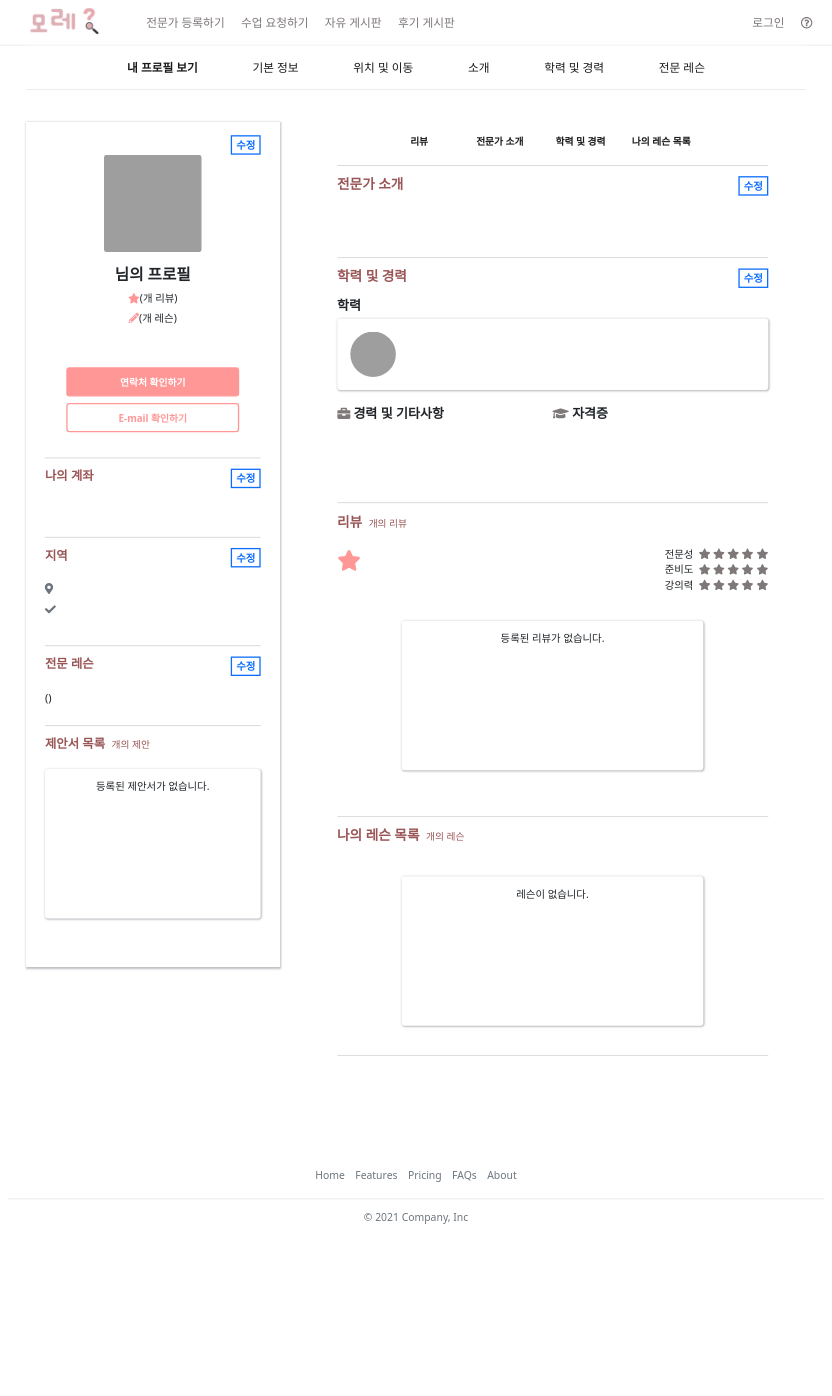
Repository: isssson/MVC2_more
Page: http://localhost/more/WEB-INF/views/expert/expertProfile.jsp
These files come from the project's save history. The page is drawn as it stood at one moment and after the next save; the edit follows.
The browser window is 1280 px wide. The pictures show the whole page, at 65% of full size.
Pictures or frames that could not be fetched are drawn as grey boxes. Some web libraries are served in a nearby version. The page is served by Tomcat 9. Nobody is signed in. Other server files are loaded and not shown. The template is opened directly, without the code that normally fills it, so the values that code supplies are empty.

Above is the page before, as saved 2021-12-11 09:29:28.
Console error: ReferenceError: kakao is not defined

### more/src/main/webapp/resources/css/expert/expertProfile.css
@charset "UTF-8";

ul {
	list-style: none;
}

hr {
	box-shadow: 1px #bdbfc4;
}

h3 {
	color: #9a5656;
	font-weight: 900;
}
R
a:link {
	color: black;
	text-decoration: none;
}

a:visit {
	color: black;
	text-decoration: none;
}

h5 {
	font-weight: bold;
}

h2{
	color:#9a5656;
	font-weight: bold;
	margin: 20px auto;
    text-align: center;
}
h2 span{
	font-size:25px;
	color: #8c8280;
}
button{
	color: #0d6efd;
    background-color: white;
    border: 2px solid #0d6efd;
    border-radius: 20px;
    font-weight: bold;
}

#expertNav {
	width: 1200px;
	margin: 0 auto;
	padding-top: 20px;
	padding-bottom: 20px;
	text-align: center;
	background-color: #fff;
	border-bottom: 1px solid #e2e2e2;
}

#expertNav span {
	font-size: 18px;
	padding-right: 40px;
	padding-left: 40px;
}

.expertMain {
	width: 1200px;
	height: 1600px;
	margin: 10px auto;
	display: flex;
}
/* ----------   ---------------leftMenu */
.expertMain .leftMain {
	width: 400px;
	height: 1300px;
	margin-right: 30px;
	margin-top: 40px;
	box-shadow: 1px 1px 3px 1px #bdbfc4;
}

.leftMain .leftMenu {
	width: 85%;
	height: 90%;
	margin: 20px auto;
}

.modify {
	width: 100%;
	height: 30px;
	text-align: right;
}

.profile {
	width: 100%;
	height: 450px;
	text-align: center;
}

.profile img {
	width: 150px;
	height: 150px;
	border-radius: 5px;
	object-fit: cover;
}

.profile div {
	margin-bottom: 20px;
}

.profile h4 {
	font-size: 24px;
	font-weight:bold;
	margin-bottom: 10px;
	margin-top: 20px;
}

.profile .name {
	height: 10px;
}

.profile .name svg {
	color: #ff9797;
}

#telBt {
	width: 80%;
	height: 45px;
	font-size: 15px;
	font-weight:bold;
	text-align: center;
	margin: 10px auto;
	padding-top: 10px;
	border-radius: 5px;
	color: white;
	border: 2px solid #ff9797;
	background-color: #ff9797;
	cursor: pointer;
}

#emailBt {
	width: 80%;
	height: 45px;
	font-size: 15px;
	font-weight:bold;
	text-align: center;
	margin: 0 auto;
	padding-top: 10px;
	border-radius: 5px;
	color: #ff9797;
	border: 2px solid #ff9797;
	background-color: white;
	cursor: pointer;
}
#requestBt{
	width: 80%;
	height: 70px;
	font-size: 23px;
	font-weight:bold;
	text-align: center;
	margin: 0 auto;
	padding: 20px;
    background-color: #0d6efd;
	border-radius: 5px;
	cursor: pointer;
}
#requestBt a{
	color:white;
}
.profileContainer {
	width: 100%;
	height: 110px;
}
.profileItem {
	width: 100%;
	height: 25px;
	margin-top: 15px;
	margin-bottom: 25px;
	display: flex;
	justify-content: space-between;
}

.profileContainer h3 {
	width: 190px;
	height: 35px;
	font-size: 19px;
	font-weight: bold;
	margin-top: 0px;
}

.location {
	width: 100%;
	height: 70px;
}

.location div {
	font-size: 17px;
}

.suggestContent{
	width: 100%;
    height: 230px;
    margin: 20px auto;
    border-radius: 5px;
    box-shadow: 1px 1px 3px 1px #bdbfc4;
    position:relative;
}
/* -------------------------rightMenu */
.expertMain .rightMain {
	width: 800px;
	height: 2000px;
}

.rightMain .rightMenu {
	width: 85%;
	height: 90%;
	margin: 40px auto;
}

.rightMain h3 {
	width: 250px;
	height: 35px;
	font-size: 21px;
	font-weight: bold;
	margin-top: 0px;
}

.rightMenu .compleContainer1 {
	width: 100%;
	height: 300px;
	border-radius: 5px;
	box-shadow: 1px 1px 3px 1px #bdbfc4;
}

.compleItems {
	padding: 20px;
}

.compleItem {
	width: 100%;
	height: 70px;
	display: flex;
	justify-content: space-between;
}

.compleItem button, .compleItem2 button {
	width: 80px;
	height: 35px;
	margin-top: 13px;
}

.compleItems div {
	margin-top: 20px;
	text-align: center;
}

.rightMenu .compleContainer2 {
	width: 100%;
	height: 100px;
	margin-top: 40px;
	border-radius: 5px;
	box-shadow: 1px 1px 3px 1px #bdbfc4;
}

.compleItems2 {
	padding: 20px;
}

.compleItem2 {
	width: 100%;
	height: 50px;
	display: flex;
	justify-content: space-between;
}
/* -------------------right 아래 */
.rightContainer {
	width: 100%;
	height: 90%;
	margin-top: 40px;
}

.rightContainer .rightMenubar {
	width: 80%;
	height: 50px;
	margin: 0px auto;
}

.rightMenubar span {
	display: inline-block;
	width: 120px;
	text-align: center;
	line-height: 58px;
	font-size: 15px;
	font-weight: bold;
}

.reviewContainer {
	width: 100%;
}
.reviewContainer1 {
	width: 100%;
	height: 450px;
}

.reviewItem {
	width: 100%;
	height: 30px;
	margin-top: 15px;
	margin-bottom: 15px;
	display: flex;
	justify-content: space-between;
}

.reviewContent1 {
	margin-top: 20px;
	display: flex;
	justify-content: space-between;
}

.reviewContent1 .leftStar {
	width: 33.3%;
	height: 70px;
}

.reviewContent1 .leftStar svg {
	color: #ff9797;
}

.reviewContent1 .rightStar {
	width: 66.6%;
	height: 70px;
	text-align: right;
	display: flex;
	flex-direction: column;
	align-items: flex-end;
}

.rightStar ul {
	margin-top: 0;
	margin-bottom: 0;
}

.rightStar li {
	float: left;
	padding-left: 8px;
}

.reviewContent2 {
	width: 70%;
	height: 230px;
	margin: 45px auto;
	border-radius: 5px;
	box-shadow: 1px 1px 3px 1px #bdbfc4;
	position:relative;
}

.reviewList {
	margin-top: 25px;
	padding: 15px;
	text-align: center;
}
table{
	width:100%;
	margin: 0 auto;
}
th{
	font-size:19px;
	width:80px;
}
.tableList{
	cursor: pointer;
}

.tableList:hover{
	color:#ff9797;
}
.specContainer {
	width: 100%;

}

.specContainer h4 {
	margin-bottom: 8px;
}

.careerItems{
	display:flex;
	justify-content:space-between;
}
.careerItem{
	width:50%;
}
.rightMenu .compleContainer3 {
	width: 100%;
	margin-top: 0;
	height: 110px;
	border-radius: 5px;
	box-shadow: 1px 1px 3px 1px #bdbfc4;
}

.specContainer img, #modal_profile img {
	width: 70px;
	height: 70px;
	float: left;
	margin-right:10px;
	border-radius: 100%;
	object-fit: cover;
}

.listContainer{
	width: 100%;
	margin-top: 0;
	height: 200px;
	border-radius: 5px;
	box-shadow: 1px 1px 3px 1px #bdbfc4;
}

.univUl {
	margin-top: 5px;
	padding-left: 90px;
}

.ul {
	margin-top: 7px;
	padding-left: 0;
}

.univUl :nth-child(1), .ul :nth-child(1) {
	font-weight: bold;
}

.spec {
	margin-top: 25px;
	margin-bottom: 60px;
	display: flex;
	justify-content: space-between;
}
.page{
	 text-align:center;
	 position: absolute;
	 left: 50%;
	 bottom: 10px;
	 transform: translateX(-50%);
}
/*-------------------------------------modal*/
#modal_tel, #modal_email {
	position: fixed;
	top: 0;
	left: 0;
	width: 100%;
	height: 100%;
	display: none;
	background-color: rgba(0, 0, 0, 0.4);
	cursor: pointer;
}

.modal_body {
	position: absolute;
	top: 50%;
	left: 50%;
	width: 500px;
	height: 200px;
	text-align: center;
	background-color: rgb(255, 255, 255);
	border-radius: 10px;
	box-shadow: 0 2px 3px 0 rgba(34, 36, 38, 0.15);
	transform: translateX(-50%) translateY(-50%);
	cursor:default;
}

.modal_body .modal_title{
	width: 100%;
    height: 45px;
    font-size: 17px;
    font-weight: bold;
    color:#9a5656;
    padding: 10px;
    border-bottom: 1px solid rgba(34, 36, 38, 0.15);
}
.modal_body .modal_content{
	width: 100%;
    height: 80%;
    font-size: 21px;
    padding: 50px;
    letter-spacing: 8px;
    font-weight: bold;
}
/*-------------------------------------modal*/
.modalContainer{
	position: fixed;
	background: rgba(0,0,0,0.8);
	left:0; right:0; top:0; bottom:0;
	display:flex;
	justify-content: center;
	align-items: center;
}
.modali{
	width:500px;
	height:860px;
	background-color: white;
    border-radius: 10px;
    position: relative;
}
.reviewDel{
	position: absolute;
	left:75%;
	top:10%;
}
.reviewDel span{
	border:1px solid gray;
	padding:5px;
	border-radius: 5px;
}
.modali .cate{
    width:50%;
    margin: 20px auto;
    border-radius: 10px;
    color: white;
    background-color: #ff9797;
    font-size: 15px;
    padding: 10px;
    text-align: center;
}
.modali .content{
    margin-bottom: 25px;
    margin-top: 65px;
    padding-left: 30px;
    padding-right: 30px;
    height: 500px;
}
.modali .star{
    text-align: center;
}
.modali .studentName{
    padding: 5px;
    font-weight:bold;
    text-align:center;
}
.modali .revBt{
    width: 90%;
    height: 50px;
    margin: 15px auto;
    text-align: center;
    border-radius: 10px;
    font-size: 18px;
    font-weight:bold;
    line-height: 50px;
    color: white;
    background-color: #ff9797;
}
.modali .revBt:hover{
	color:#ff9797;
	background-color: white;
}

Loaded but not shown: more/src/main/webapp/resources/css/bootstrap.min.css (library); more/src/main/webapp/WEB-INF/views/header.jsp (106 lines, source omitted); more/src/main/webapp/resources/css/header.css (84 lines, source omitted); more/src/main/webapp/WEB-INF/views/footer.jsp (17 lines, source omitted); more/src/main/webapp/resources/css/footer.css (4 lines, source omitted); more/src/main/webapp/WEB-INF/views/expert/expertProfile.jsp (664 lines, source omitted)

After the next save:
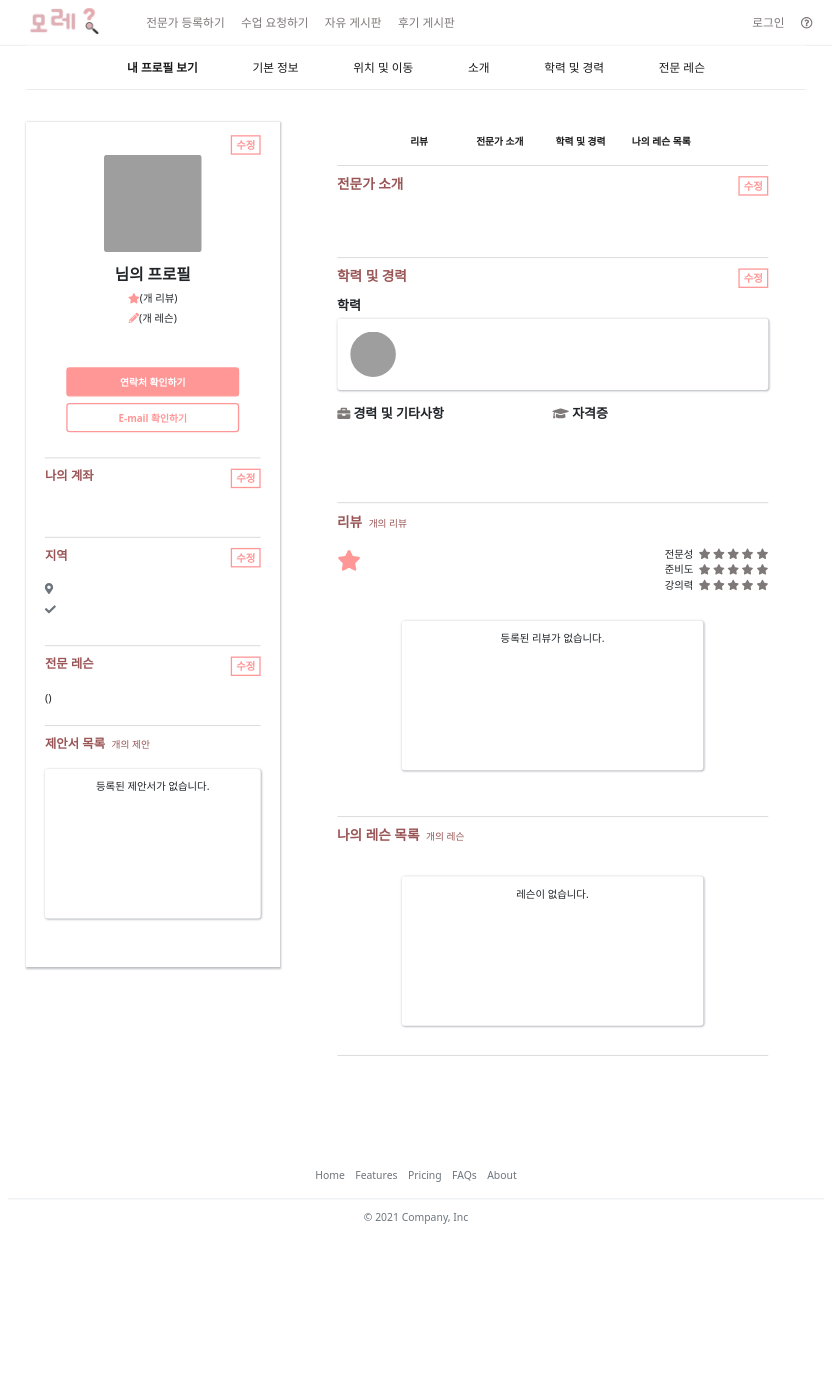
Saved 9 min 43 s later.
--- a/more/src/main/webapp/resources/css/expert/expertProfile.css
+++ b/more/src/main/webapp/resources/css/expert/expertProfile.css
@@ -38,9 +38,9 @@ h2 span{
 	color: #8c8280;
 }
 button{
-	color: #0d6efd;
+	color: #ff9797;
     background-color: white;
-    border: 2px solid #0d6efd;
+    border: 2px solid #ff9797;
     border-radius: 20px;
     font-weight: bold;
 }
@@ -157,7 +157,7 @@ button{
 	text-align: center;
 	margin: 0 auto;
 	padding: 20px;
-    background-color: #0d6efd;
+    background-color: #ff9797;
 	border-radius: 5px;
 	cursor: pointer;
 }
@@ -493,7 +493,7 @@ th{
 }
 .modali{
 	width:500px;
-	height:860px;
+	height:750px;
 	background-color: white;
     border-radius: 10px;
     position: relative;
